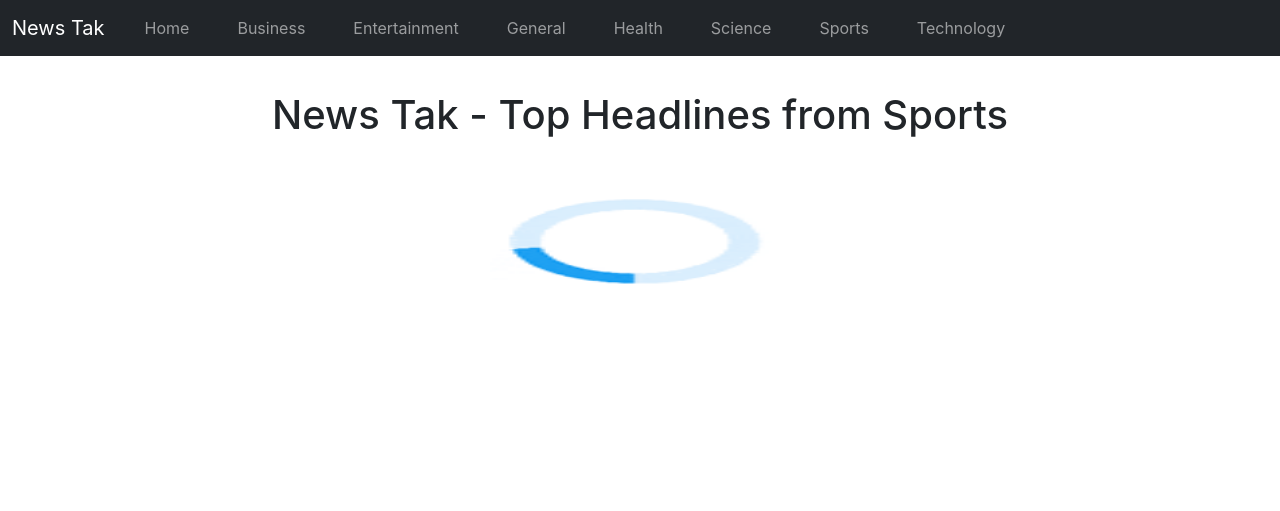
Repository: Rohit-foryou/News-website
Page: /sports
These files come from the project's save history. The page is drawn as it stood at one moment and after the next save; the edit follows.
The browser window is 1280 px wide. The pictures show the whole page.
The page's requests for data from a server got no answer. The project was rebuilt for these pictures with package versions that can differ from the ones it lists, and the page was loaded fresh each time. No one was signed in, and anything a server would have sent is missing. Also part of the build but not shown: src/Components/NewsItem.js.

Above is the page before, as saved 2024-01-12 10:42:14.

After the next save:
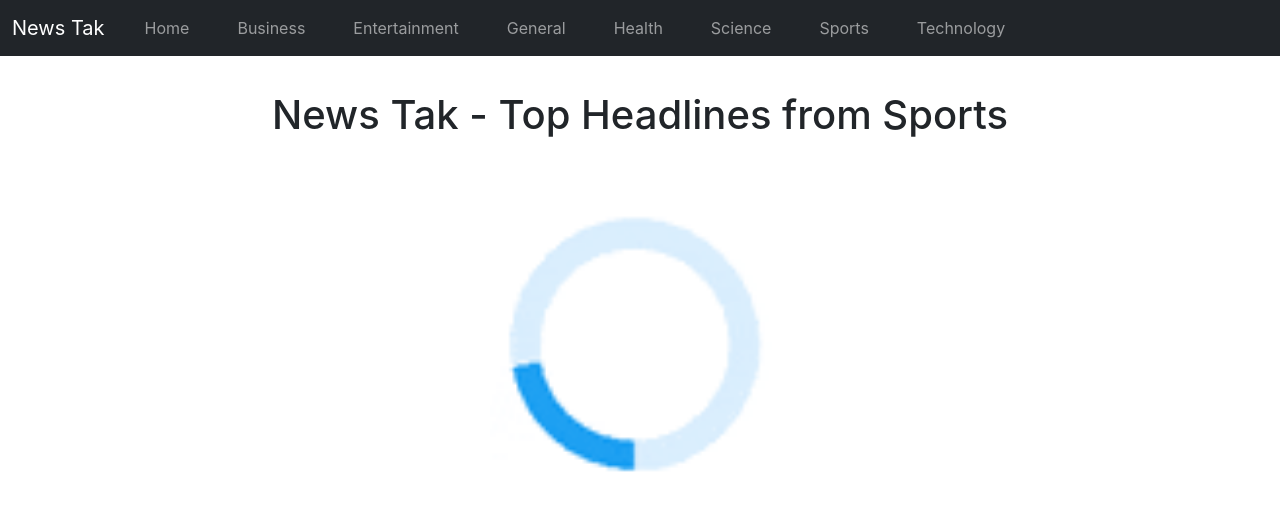
Saved 6 s later.
--- a/src/Components/Spinner.js
+++ b/src/Components/Spinner.js
@@ -5,7 +5,7 @@ import giphy from './giphy.gif'
 const Spinner = () => {
   return (
     <div className='text-center my-3'>
-      <img src={giphy} alt="loading" style={{ width: '300px', height: '100px' }} />
+      <img src={giphy} alt="loading" style={{ width: '300px', height: '300px' }} />
     </div>
   );
 }
